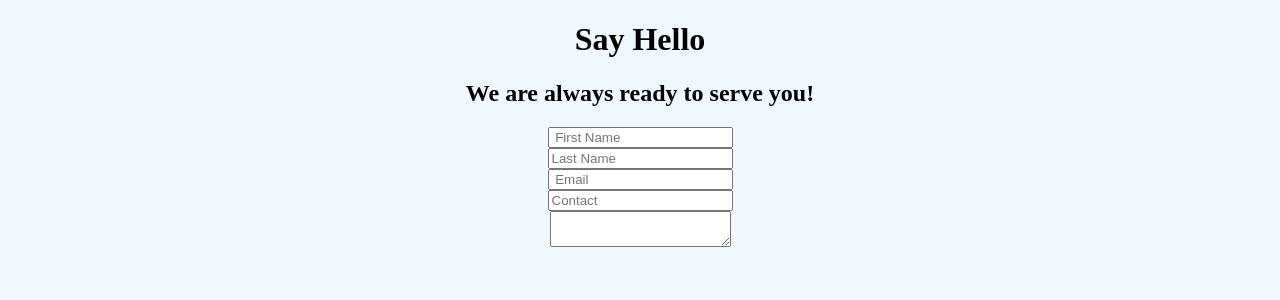
Repository: Owusuharriet/HW1-HAMAH.index.html
Page: index.htm
These files come from the project's save history. The page is drawn as it stood at one moment and after a run of saves; the edit follows.
The browser window is 1280 px wide. The pictures show the whole page.

Above is the page before, as saved 2020-08-03 22:48:49.

### index.htm
<!DOCTYPE html>
<html lang="en">
<head>
    <meta charset="UTF-8">
    <meta name="viewport" content="width=device-width, initial-scale=1.0">
    <link rel="stylesheet" href="./style.css">
    <title>Contact Form</title>
</head>
<body>
    <div class="contact-title">
        <h1>Say Hello</h1>
        <h2>We are always ready to serve you!</h2>
    </div>

    <div class="contact-form">
        <form id="contact-form" method="post" action=""></form>
        <input name="name" type="text" class="form-control" placeholder=" First Name" required>
        <br>
        <input name="name" type="text" class="form-control" placeholder="Last Name" required>
        <br>
        <input name="emial" type="email" class="form-control" placeholder=" Email"required>
        <br>
        <input name="contact" type="contact" class="form-control" placeholder="Contact">
        <br>

        <textarea name="message" class="from-control"></textarea>

    </div>


</body>
</html>

### style.css
body{
    margin: 6px;
    padding: 0;
    text-align: center;
    background-color: aliceblue;

    background-size: cover;
    background-position: center;

}
.content-title{
    margin-top: 100px;
    color: rgb(43, 36, 36);
    text-transform: uppercase;
    transition: all 2 ease-in-out;

}
.content-title h1{
    font-size: 32px;
    line-height: 10px;
}

.content-title h2{
    font-size: 10px;
}

After the next 2 saves:
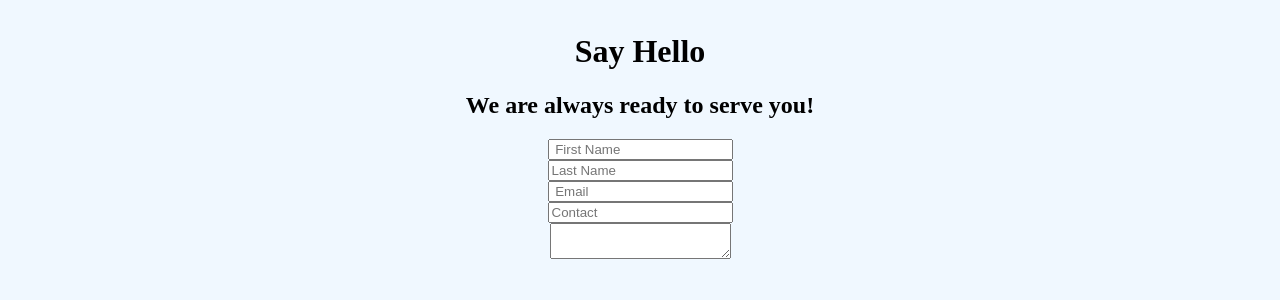
The 2 saves are shown as one change because they came seconds apart.
The last was saved 12 s later.
--- a/style.css
+++ b/style.css
@@ -1,6 +1,6 @@
 body{
     margin: 6px;
-    padding: 0;
+    padding: 6px;
     text-align: center;
     background-color: aliceblue;
 
